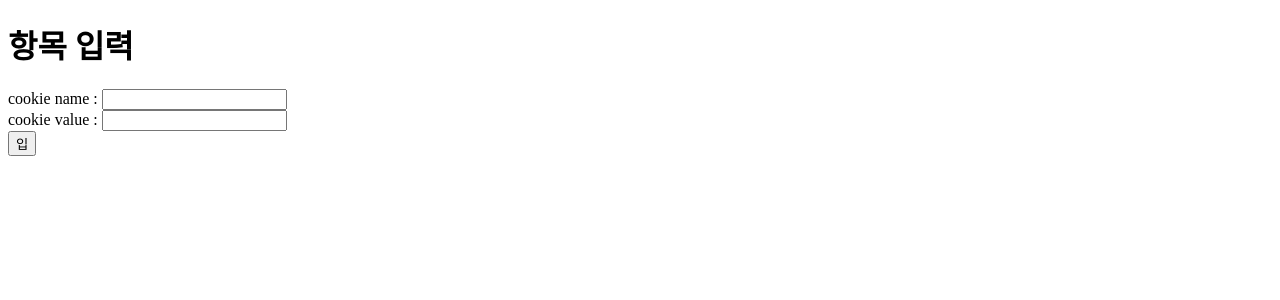
Repository: Hyuk-II/2-2
Page: http://localhost/기말고사/input.jsp
The author's editor kept a copy of each file at every save. The page is drawn from the files as they stood at one save, then again after the next save.
The browser window is 1280 px wide. The pictures show the whole page.
The page is served by Tomcat 9.

Above is the page before, as saved 2024-12-09 05:52:49.

### 웹 프로그래밍/기말고사/src/main/webapp/input.jsp
<%@ page language="java" contentType="text/html; charset=UTF-8"
    pageEncoding="UTF-8"%>
<!DOCTYPE html>
<html>
<head>
<meta charset="UTF-8">
<title>Q7</title>
</head>
<body>
	<h1>항목 입력</h1>
	<form method="post" action="login.jsp">
	cookie name  : <input type="text" name="name"> <br>
	cookie value : <input type="text" name="value"> <br>
	<input type="submit" value="입">
	</form>
</body>
</html>

After the next save:
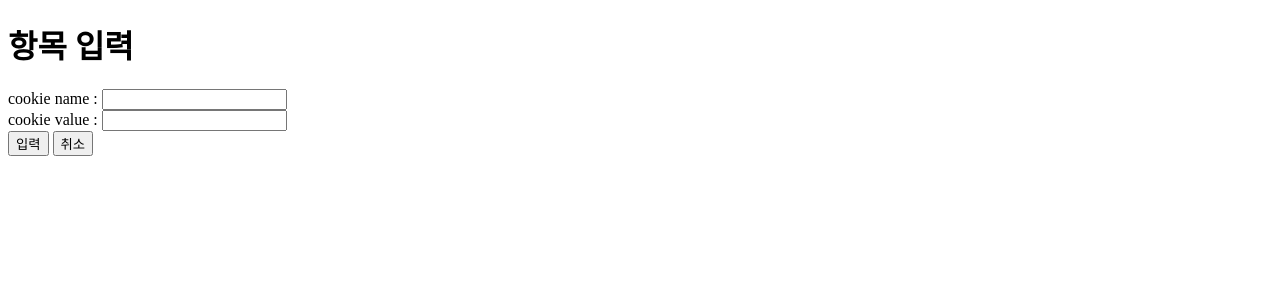
Saved 13 s later.
--- a/웹 프로그래밍/기말고사/src/main/webapp/input.jsp
+++ b/웹 프로그래밍/기말고사/src/main/webapp/input.jsp
@@ -11,7 +11,7 @@
 	<form method="post" action="login.jsp">
 	cookie name  : <input type="text" name="name"> <br>
 	cookie value : <input type="text" name="value"> <br>
-	<input type="submit" value="입">
+	<input type="submit" value="입력"> <input type="reset" value="취소">
 	</form>
 </body>
 </html>
